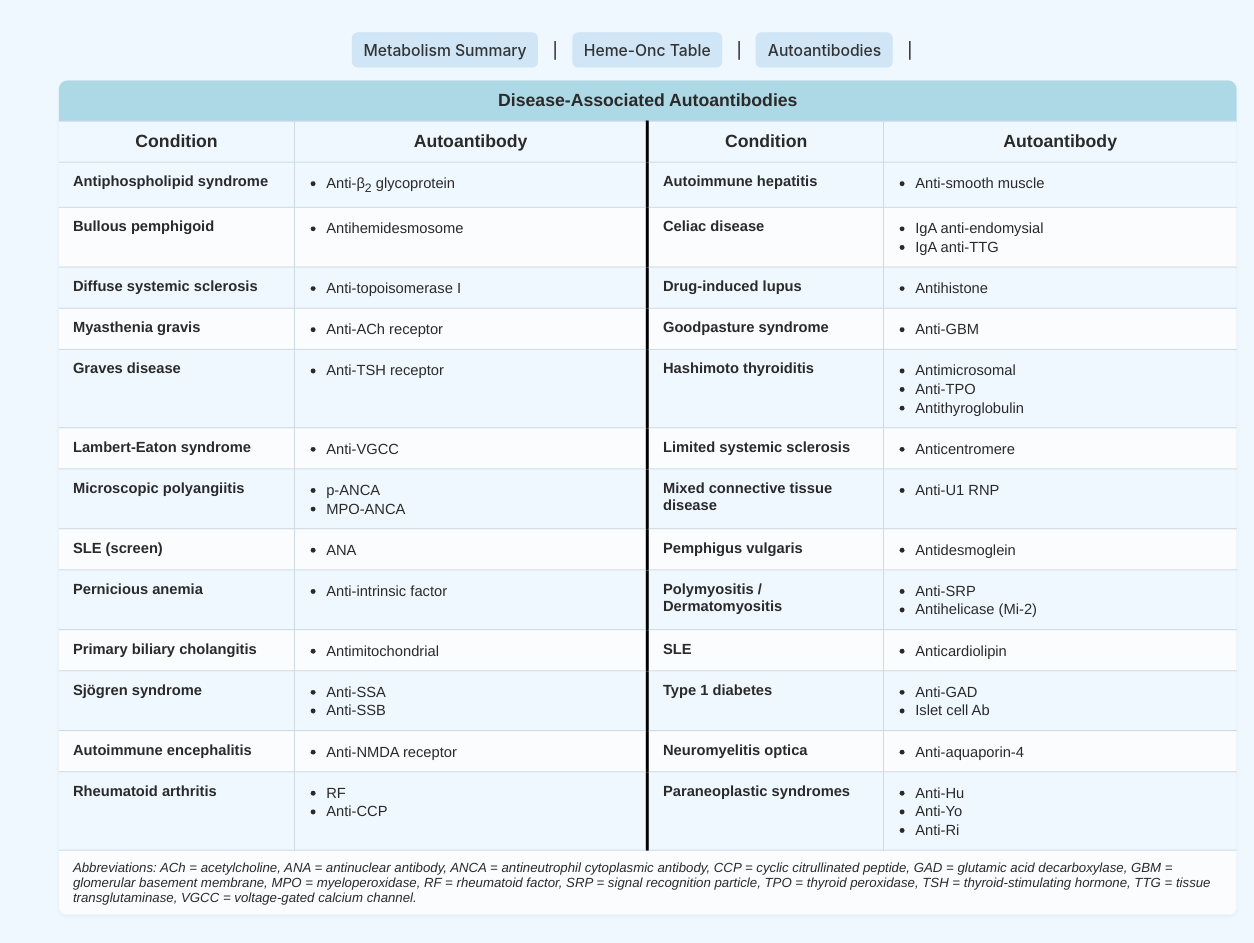
Repository: sharperdragon/STEVEL-1-Summaries
Page: subdex/autoantibodies.html
The author's editor kept a copy of each file at every save. The page is drawn from the files as they stood at one save, then again after the next save.
The browser window is 1280 px wide. The pictures show the whole page, at 98% of full size.

Above is the page before, as saved 2025-05-19 07:02:10.

### subdex/autoantibodies.html
<!DOCTYPE html>
<html lang="en">
<head>
    <meta charset="UTF-8">
    <meta name="viewport" content="width=device-width, initial-scale=1.0">
    <title>Summary tables</title>
    <link rel="stylesheet" href="/STEVEL-1-Summaries/static/style.css">
    <link rel="icon" href="/STEVEL-1-Summaries/subdex/metabolism.html">
</head>

<body>
  <nav style="margin: 20px 0; text-align: center;">
  <a href="subdex/metabolism.html" class="nav-link">Metabolism Summary</a> |
  <a href="subdex/hemeonc.html" class="nav-link">Heme-Onc Table</a> |
  <a href="subdex/autoantibodies.html" class="nav-link">Autoantibodies</a> |
</nav>
<div class="table-responsive">
<table class="autoantibody-table" border="1" cellspacing="0" cellpadding="6" style="border-collapse: collapse; width: 100%;">
  <thead>
    <tr>
      <th colspan="4" style="background-color: #add8e6; text-align: center; font-size: 1.2em;">
        <strong>Disease-Associated Autoantibodies</strong>
      </th>
    </tr>
    <tr>
      <th style="background-color: #f0f8ff; text-align: center;">Condition</th>
      <th style="background-color: #f0f8ff; text-align: center; border-right: 3px solid black;">Autoantibody</th>
      <th style="background-color: #f0f8ff; text-align: center;">Condition</th>
      <th style="background-color: #f0f8ff; text-align: center;">Autoantibody</th>
    </tr>
  </thead>
  <tbody>
    <tr>
      <td><strong>Antiphospholipid syndrome</strong></td>
      <td style="border-right: 3px solid black;"><ul><li>Anti-β<sub>2</sub> glycoprotein</li></ul></td>
      <td><strong>Autoimmune hepatitis</strong></td>
      <td><ul><li>Anti-smooth muscle</li></ul></td>
    </tr>
    <tr>
      <td><strong>Bullous pemphigoid</strong></td>
      <td style="border-right: 3px solid black;"><ul><li>Antihemidesmosome</li></ul></td>
      <td><strong>Celiac disease</strong></td>
      <td><ul><li>IgA anti-endomysial</li><li>IgA anti-TTG</li></ul></td>
    </tr>
    <tr>
      <td><strong>Diffuse systemic sclerosis</strong></td>
      <td style="border-right: 3px solid black;"><ul><li>Anti-topoisomerase I</li></ul></td>
      <td><strong>Drug-induced lupus</strong></td>
      <td><ul><li>Antihistone</li></ul></td>
    </tr>
    <tr>
      <td><strong>Myasthenia gravis</strong></td>
      <td style="border-right: 3px solid black;"><ul><li>Anti-ACh receptor</li></ul></td>
      <td><strong>Goodpasture syndrome</strong></td>
      <td><ul><li>Anti-GBM</li></ul></td>
    </tr>
    <tr>
      <td><strong>Graves disease</strong></td>
      <td style="border-right: 3px solid black;"><ul><li>Anti-TSH receptor</li></ul></td>
      <td><strong>Hashimoto thyroiditis</strong></td>
      <td><ul><li>Antimicrosomal</li><li>Anti-TPO</li><li>Antithyroglobulin</li></ul></td>
    </tr>
    <tr>
      <td><strong>Lambert-Eaton syndrome</strong></td>
      <td style="border-right: 3px solid black;"><ul><li>Anti-VGCC</li></ul></td>
      <td><strong>Limited systemic sclerosis</strong></td>
      <td><ul><li>Anticentromere</li></ul></td>
    </tr>
    <tr>
      <td><strong>Microscopic polyangiitis</strong></td>
      <td style="border-right: 3px solid black;"><ul><li>p-ANCA</li><li>MPO-ANCA</li></ul></td>
      <td><strong>Mixed connective tissue disease</strong></td>
      <td><ul><li>Anti-U1 RNP</li></ul></td>
    </tr>
    <tr>
      <td><strong>SLE (screen)</strong></td>
      <td style="border-right: 3px solid black;"><ul><li>ANA</li></ul></td>
      <td><strong>Pemphigus vulgaris</strong></td>
      <td><ul><li>Antidesmoglein</li></ul></td>
    </tr>
    <tr>
      <td><strong>Pernicious anemia</strong></td>
      <td style="border-right: 3px solid black;"><ul><li>Anti-intrinsic factor</li></ul></td>
      <td><strong>Polymyositis / Dermatomyositis</strong></td>
      <td><ul><li>Anti-SRP</li><li>Antihelicase (Mi-2)</li></ul></td>
    </tr>
    <tr>
      <td><strong>Primary biliary cholangitis</strong></td>
      <td style="border-right: 3px solid black;"><ul><li>Antimitochondrial</li></ul></td>
      <td><strong>SLE</strong></td>
      <td><ul><li>Anticardiolipin</li></ul></td>
    </tr>
    <tr>
      <td><strong>Sjögren syndrome</strong></td>
      <td style="border-right: 3px solid black;"><ul><li>Anti-SSA</li><li>Anti-SSB</li></ul></td>
      <td><strong>Type 1 diabetes</strong></td>
      <td><ul><li>Anti-GAD</li><li>Islet cell Ab</li></ul></td>
    </tr>
    <tr>
      <td><strong>Autoimmune encephalitis</strong></td>
      <td style="border-right: 3px solid black;"><ul><li>Anti-NMDA receptor</li></ul></td>
      <td><strong>Neuromyelitis optica</strong></td>
      <td><ul><li>Anti-aquaporin-4</li></ul></td>
    </tr>
    <tr>
      <td><strong>Rheumatoid arthritis</strong></td>
      <td style="border-right: 3px solid black;"><ul><li>RF</li><li>Anti-CCP</li></ul></td>
      <td><strong>Paraneoplastic syndromes</strong></td>
      <td><ul><li>Anti-Hu</li><li>Anti-Yo</li><li>Anti-Ri</li></ul></td>
    </tr>
    <tr>
      <td colspan="4" style="font-size: 90%; padding-top: 10px;">
        <em>Abbreviations: ACh = acetylcholine, ANA = antinuclear antibody, ANCA = antineutrophil cytoplasmic antibody, CCP = cyclic citrullinated peptide, GAD = glutamic acid decarboxylase, GBM = glomerular basement membrane, MPO = myeloperoxidase, RF = rheumatoid factor, SRP = signal recognition particle, TPO = thyroid peroxidase, TSH = thyroid-stimulating hormone, TTG = tissue transglutaminase, VGCC = voltage-gated calcium channel.</em>
      </td>
    </tr>
  </tbody>
</table>
</div>
</body>

### static/style.css
:root {
  --header-bg: #d0e5f5;
  --subheader-bg: #f7f9fa;
  --border-color: #ccd9e0;
  --strong-divider: #6c8ca3;
  --row-alt-bg: #fbfcfd;
  --text-color: #2a2a2a;
  --font: "Helvetica Neue", Helvetica, Arial, sans-serif;
  --base-font-size: 15px;
  --header-font-size: 18px;
}
body {max-width: 100vw;}

.autoantibody-table {
  max-width: 94vw;
  border-collapse: collapse;
  font-family: var(--font);
  color: var(--text-color);
  font-size: var(--base-font-size);
  border: 1px solid var(--border-color);
  border-radius: 10px;
  overflow: hidden;
  margin: 1vh 3vw 1vh 3vw;
  box-shadow: 0 2px 4px rgba(0, 0, 0, 0.04);
}

.autoantibody-table th,
.autoantibody-table td {
  padding: 10px 14px;
  border: 1px solid var(--border-color);
  vertical-align: top;
  text-align: left;
}

/* Header styling */
.autoantibody-table thead th {
  background-color: var(--header-bg);
  font-size: var(--header-font-size);
  font-weight: 600;
  text-align: center;
}

/* Alternate row background */
.autoantibody-table tbody tr:nth-child(even) {
  background-color: var(--row-alt-bg);
}

/* Strong divider between antibody (col 2) and condition (col 3) */
.autoantibody-table td:nth-child(2) {
  border-right: 3px solid var(--strong-divider);
}

/* Condition columns emphasis */
.autoantibody-table td:nth-child(1),
.autoantibody-table td:nth-child(3) {
  font-weight: 500;
  width: 20%;
}

/* Antibody columns can expand more */
.autoantibody-table td:nth-child(2),
.autoantibody-table td:nth-child(4) {
  width: 30%;
}

/* Bullet list formatting */
.autoantibody-table ul {
  margin: 0;
  padding-left: 18px;
}

.autoantibody-table li {
  margin: 2px 0;
}

/* Responsive font scaling — enlarged */
@media (max-width: 1024px) {
  :root {
    --base-font-size: 15px;
    --header-font-size: 17px;
  }
}

@media (max-width: 768px) {
  :root {
    --base-font-size: 14px;
    --header-font-size: 16px;
  }
}

@media (max-width: 480px) {
  :root {
    --base-font-size: 13px;
    --header-font-size: 15px;
  }
}
body {
    font-family: "Rubik", -apple-system, system-ui, BlinkMacSystemFont, Segoe UI, Roboto, Helvetica, Arial, sans-serif;
    margin: 20px;
    padding: 1px;
    max-width: -webkit-fill-available;
    background-color: aliceblue;
}

.container {
    max-width: 98vw;
    margin: 3% auto;
    padding: 2%;
    background: #ffffff;
    border-radius: 8px;
    box-shadow: 0 4px 6px rgba(0, 0, 0, 0.1);
    display: flex;
    flex-direction: column; /* Stacks items vertically */
    align-items: unset; /* Centers items horizontally */
    gap: 3px; /* Adds consistent spacing */
}

h1 {
    text-align: center;
    color: #333333;
    padding: 1%;
}

label {
    font-weight: bold;
    margin: 0;
    display: block;
    padding: 1px;
}

textarea {
    width: 95%;
    margin-bottom: 10px;
    min-height:150px;
    padding: 10px;
    border: 1px solid #ddd;
    border-radius: 8px;
    padding: 1%;
    max-width: -webkit-fill-available;
}

/* Fix all divs to maintain consistent height */
div {
    position: relative; /* Prevents hover effects from changing layout */

}

/* Button Styles */
button {
    background-color: #007bff;
    display: inline-flex;
    gap: 10px;
    color: white;
    border: none;
    padding: 10px 15px;
    border-radius: 15px;
    cursor: pointer;
    font-size: 105%;
    box-shadow: 0 5px 10px rgba(0, 0, 0, 0.2);
    transition: transform 0.2s ease, box-shadow 0.2s ease;
    position: relative; /* Lock button in place */
    box-sizing: border-box; /* Ensure padding and border don't affect size */
    z-index: 1; /* Ensure hover effects stay above other elements */
    margin: 10px;
}

/* Hover effect without shifting elements */
button:hover {
    background-color: #0c66c6;
    color: offwhite;
    box-shadow: 0 8px 12px rgba(0, 0, 0, 0.3);
    transform: translateY(2px); /* Hover effect without affecting layout */
}

div#selection_buttons {
    display: flex;
    justify-content: space-between;
    align-items: center;
    width: 95%;
    margin: 0 0 1px 0;
    margin-top: 4px;
}

#mode_section {
    position: absolute;  /* Fixed positioning */
    top: 2px;
    right: 4px;
    width: 75px;         /* 🔒 Lock width */
    height: 20px;         /* 🔒 Lock height */
    background-color: #f9fbff;
    border: 2px solid #cee1fe;
    border-radius: 8px;
    padding: 4px 7px;
    font-size: 95%;
    opacity: 0.6;
    transition: background-color 0.3s ease, opacity 0.3s ease;
    display: flex;
    align-items: center;
    justify-content: center;
    z-index: 200;
}

#mode_section:hover {
    opacity: 1;
    background-color: #e8f0ff;
    border-top-left-radius:0px;
    border-bottom-left-radius:0px;
    border-left: none;
}

#mode_section span {
    font-weight: bold;
    pointer-events: none; /* So only the container triggers hover */
}
/* Hide the options by default */
.options_container {
    display: none;
    position: absolute;
    top: -2px;  /* below the #mode_section */
    right: 89px;
    /* background-color: white; */
    box-shadow: 0 6px 10px rgba(0, 0, 0, 0.1);
    padding: 0px;
    border-radius: 8px;
    z-index: 300;
    flex-direction: column;
    gap: 0;
    object-fit:contain;
    /* min-width: 120px; */
}

/* Reveal on hover without affecting layout */
#mode_section:hover .options_container {
    display: flex;
    border-top-right-radius:0px;
    border: 1px solid #d0e3ff;
    overflow:hidden;
}

.field_option {
    position: relative;
    overflow: hidden;
    cursor: pointer;
    font-size: 16px;
    transition: background-color 0.2s ease, transform 0.1s ease;
    background-color: #ffffff;
    padding: 10px 14px;
    border-radius: 0px;
    box-shadow: 0 -px 8px rgba(0, 0, 0, 0.1);
    margin: 0.2px 0;
    width: 60px;
    overflow:hidden;
}

.field_option:hover {
    background-color: #e0ecff;
    overflow:hidden;
}

.field_option:active {
    background-color: #d0dcf5;
    transform: scale(0.96);
    overflow:hidden;
}

.selected_field_option {
    background-color: #b9cdf9 !important;
    color: #003366;
    font-weight: bold;
}




/* Container for question list */
div#question_list {
    display: flex;
    flex-wrap: wrap; /* Allow wrapping of items to next row */
    gap: 10px; /* Space between items */
    overflow-x: auto; /* Enable horizontal scrolling */
    overflow-y: hidden; /* Disable vertical overflow */
    width: 95%;
    padding: 10px;
    box-sizing: border-box;
    border: 1px solid #b7d7fa;
    border-radius: 10px;
    min-height: 100px; /* Set a fixed height */
    max-height:60vh;
    overflow:auto;
}

/* Styling for each individual label (checkbox item) */
#question_list label {
    display: flex;
    align-items: center;
    justify-content: flex-start;
    box-sizing: border-box;
    padding: 1px 2px;
    background-color: #f9f9f9;
    border: 1px solid #ddd;
    border-radius: 5px;
    cursor: pointer;
    width: fit-content; /* 10 questions per row, adjust the width accordingly */
    min-width: 230px;
    word-wrap: normal; /* Break long words if necessary */
    max-height: 38px;
    padding: 8px 2px;
}
#question_list label span.id {
    padding-right:4px;
}

/* Ensures the checkboxes and text are aligned correctly */
#question_list input[type="checkbox"] {
    margin-right: 10px; /* Space between checkbox and text */
}

/* Styling for the question number */
.number {
    margin-right: 8px; /* Adjust the space between the number and ID */
}

.id {
    opacity: 0.7; /* Maintain the desired opacity for the question ID */
}

#copy_button {
    margin-left: auto;
}


/* Updated history section */
div#history_section {
    display: flex;
    gap: 10px;
    align-items: flex-start;
    margin-bottom: 10px;
}

div#history_section > div {
    flex: 1;
}

div#history_section > div > label {
    margin: 0;
}

div#history_section > div > select {
    width: 100%;
}

#history_select {
    padding: 8px;
    font-size: 100%;
    border-radius: 8px;
    border: 1px solid #ddd;
    background-color: #fff;
    box-shadow: 0 2px 4px rgba(0,0,0,0.05);
    transition: border-color 0.3s ease, box-shadow 0.3s ease;
}

#history_select:focus {
    border-color: #007bff;
    outline: none;
    box-shadow: 0 0 5px rgba(0,123,255,0.5);
}

.input-history-wrapper {
    display: flex;
    flex-direction: column;
    gap: 8px;
    margin-bottom: 12px;
}

.sticky-history {
    position: static;
    z-index: auto;
    background-color: white;
    padding-top: 4px;
    padding-bottom: 8px;
}

.history-feedback {
    position: relative;
    right: 0;
    top: -10px;
    font-size: 14px;
    color: green;
    animation: floatUpFade 0.7s ease forwards;
    pointer-events: none;
    user-select: none;
    z-index: 1000;
    white-space: nowrap;
}

/* Subtle button press animation */
button:active {
    transform: translateY(1px);
    box-shadow: 0 3px 6px rgba(0, 0, 0, 0.2);
}

/* Make Clear History button a bit smaller and softer */
#clear_history_button {
    background: linear-gradient(to bottom, #ffffff, #f0f0f5);
    color: #007aff;
    border: 1px solid #d1d1d6;
    border-radius: 12px;
    font-weight: 500;
    font-size: 90%;
    padding: 6px 10px;
    cursor: pointer;
    transition: background 0.3s ease, transform 0.2s ease;
    margin-left: 5px;
    margin-top: 5px;
}

#clear_history_button:hover {
    background: #e5e5ea;
}

.ripple {
    position: relative;
    width: 10px;
    height: 10px;
    background: rgba(0, 123, 255, 0.4);
    opacity: 1;
    border-radius: 50%;
    transform: scale(0);
    animation: ripple-animation 0.6s linear;
    pointer-events: none;
    z-index: 0;
}

@keyframes ripple-animation {
    to {
        transform: scale(15);
        opacity: 0;
    }
}

.nav-link {
  margin: 0 10px;
  padding: 8px 12px;
  background-color: #d0e5f5;
  text-decoration: none;
  color: #333;
  border-radius: 6px;
  font-weight: 500;
}
.nav-link:hover {
  background-color: #add8e6;
}

After the next save:
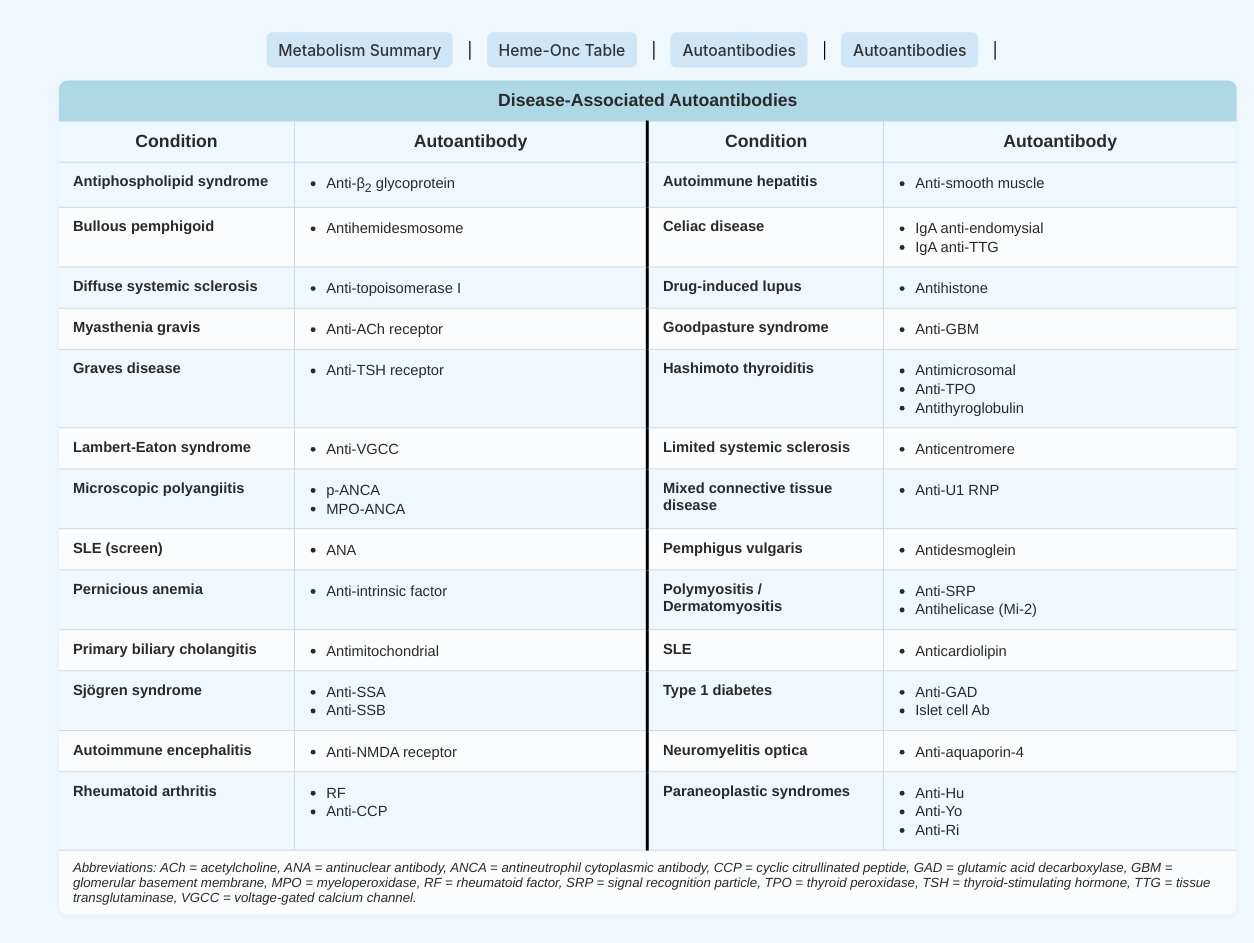
Saved 5 s later.
--- a/subdex/autoantibodies.html
+++ b/subdex/autoantibodies.html
@@ -12,6 +12,7 @@
   <nav style="margin: 20px 0; text-align: center;">
   <a href="subdex/metabolism.html" class="nav-link">Metabolism Summary</a> |
   <a href="subdex/hemeonc.html" class="nav-link">Heme-Onc Table</a> |
+  <a href="subdex/autoantibodies.html" class="nav-link">Autoantibodies</a> |
   <a href="subdex/autoantibodies.html" class="nav-link">Autoantibodies</a> |
 </nav>
 <div class="table-responsive">
